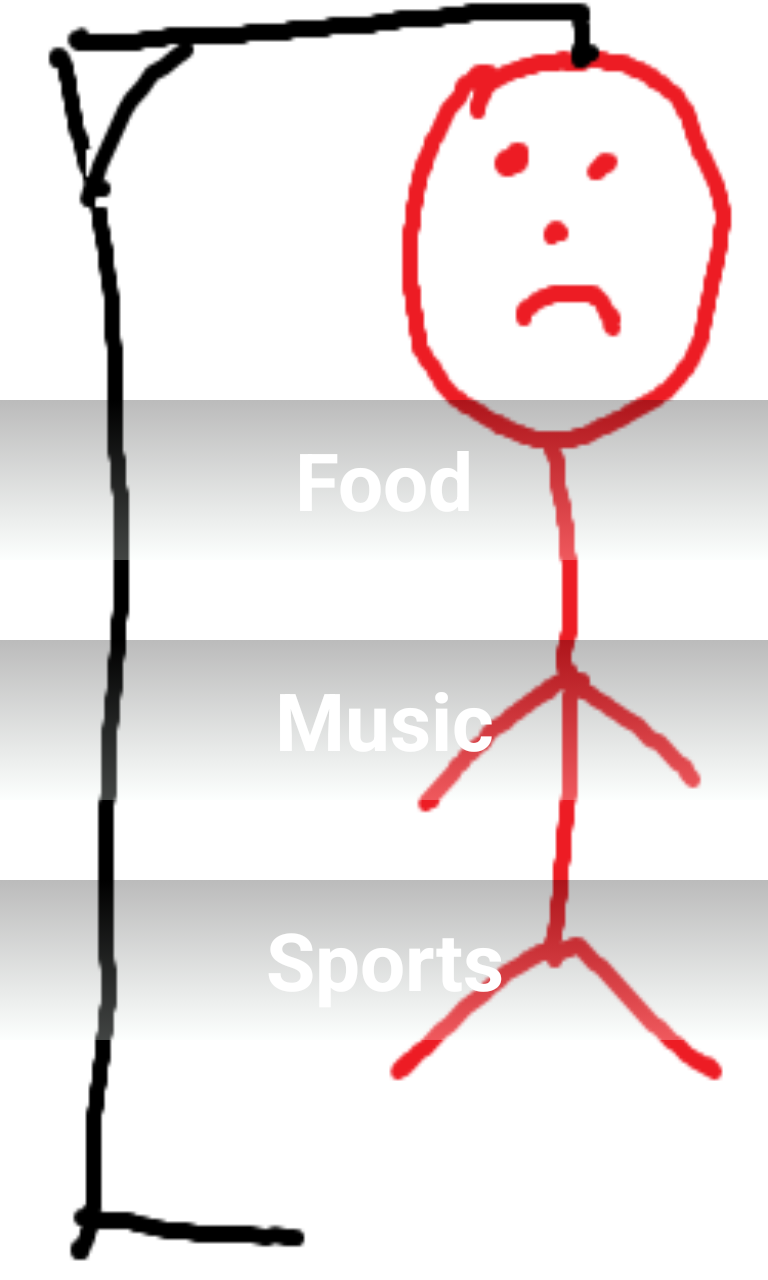
Repository: SarahDowlath/TriniHangman
Layout: workspace3/Trini-Hangman/res/layout/category_select.xml
The author's editor kept a copy of each file at every save. The layout is drawn from the files as they stood at one save, then again after the next save.
It is drawn on a 768 x 1280 px phone screen (xhdpi) without system bars, with theme AppTheme; the app's code is not run.

Above is the layout before, as saved 2014-07-07 04:39:25.

After the next save:
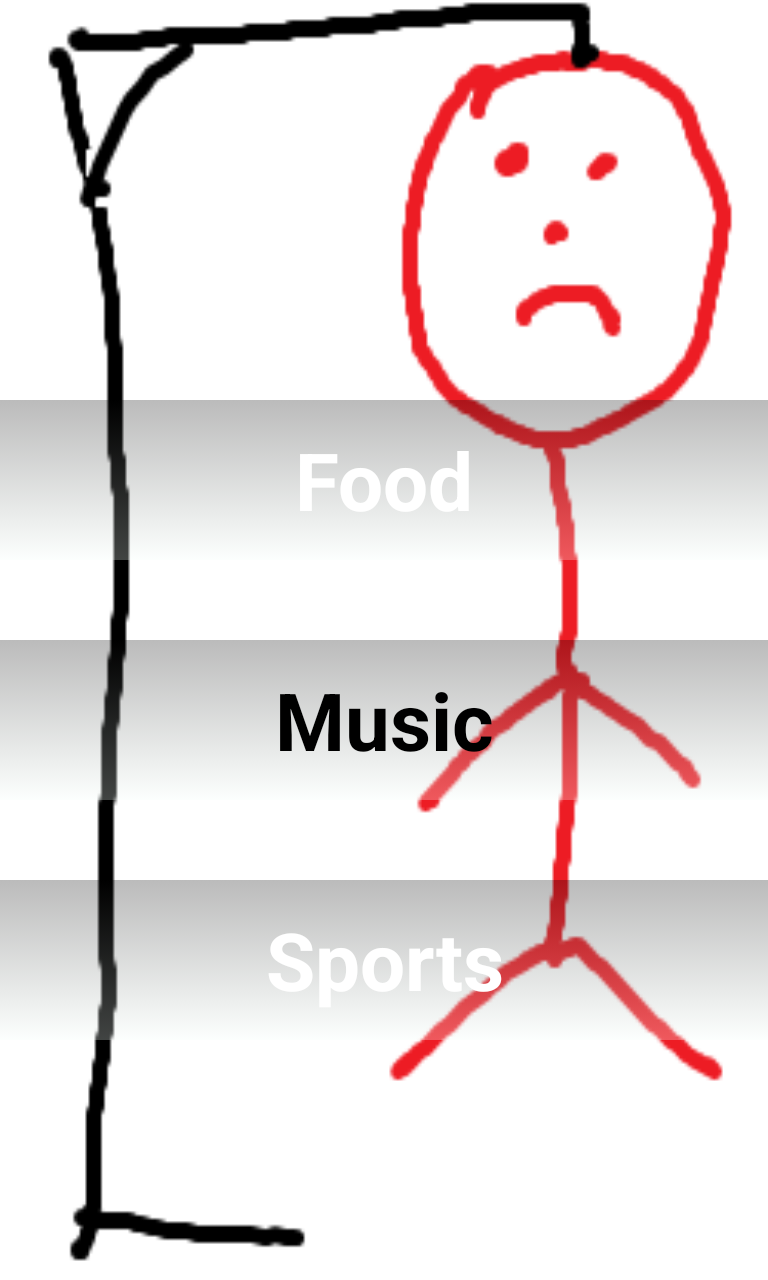
Saved 2 min 36 s later.
--- a/workspace3/Trini-Hangman/res/layout/category_select.xml
+++ b/workspace3/Trini-Hangman/res/layout/category_select.xml
@@ -34,7 +34,7 @@
         android:onClick="selectMusic"
         android:text="@string/button_music_category"
         android:background="@drawable/buttonstartstyle"
-        android:textColor = "@drawable/startcolor"
+        android:textColor = "#FF000000"
         android:textSize = "40sp"
         android:textStyle = "bold"
         />
@@ -43,17 +43,17 @@
         android:layout_height="0dp"
         android:layout_width="fill_parent"
         android:text="" />
+
       <Button
-        android:layout_weight = "2"
-        android:layout_height="0dp"
-        android:layout_width="fill_parent"
-        android:onClick="selectSports"
-        android:text="@string/button_sports_category"
-        android:background="@drawable/buttonstartstyle"
-        android:textColor = "@drawable/startcolor"
-        android:textSize = "40sp"
-        android:textStyle = "bold"
-        />
+          android:layout_width="fill_parent"
+          android:layout_height="0dp"
+          android:layout_weight="2"
+          android:background="@drawable/buttonstartstyle"
+          android:onClick="selectSports"
+          android:text="@string/button_sports_category"
+          android:textColor="@drawable/startcolor"
+          android:textSize="40sp"
+          android:textStyle="bold" />
 
     <TextView
         android:layout_weight = "3"
